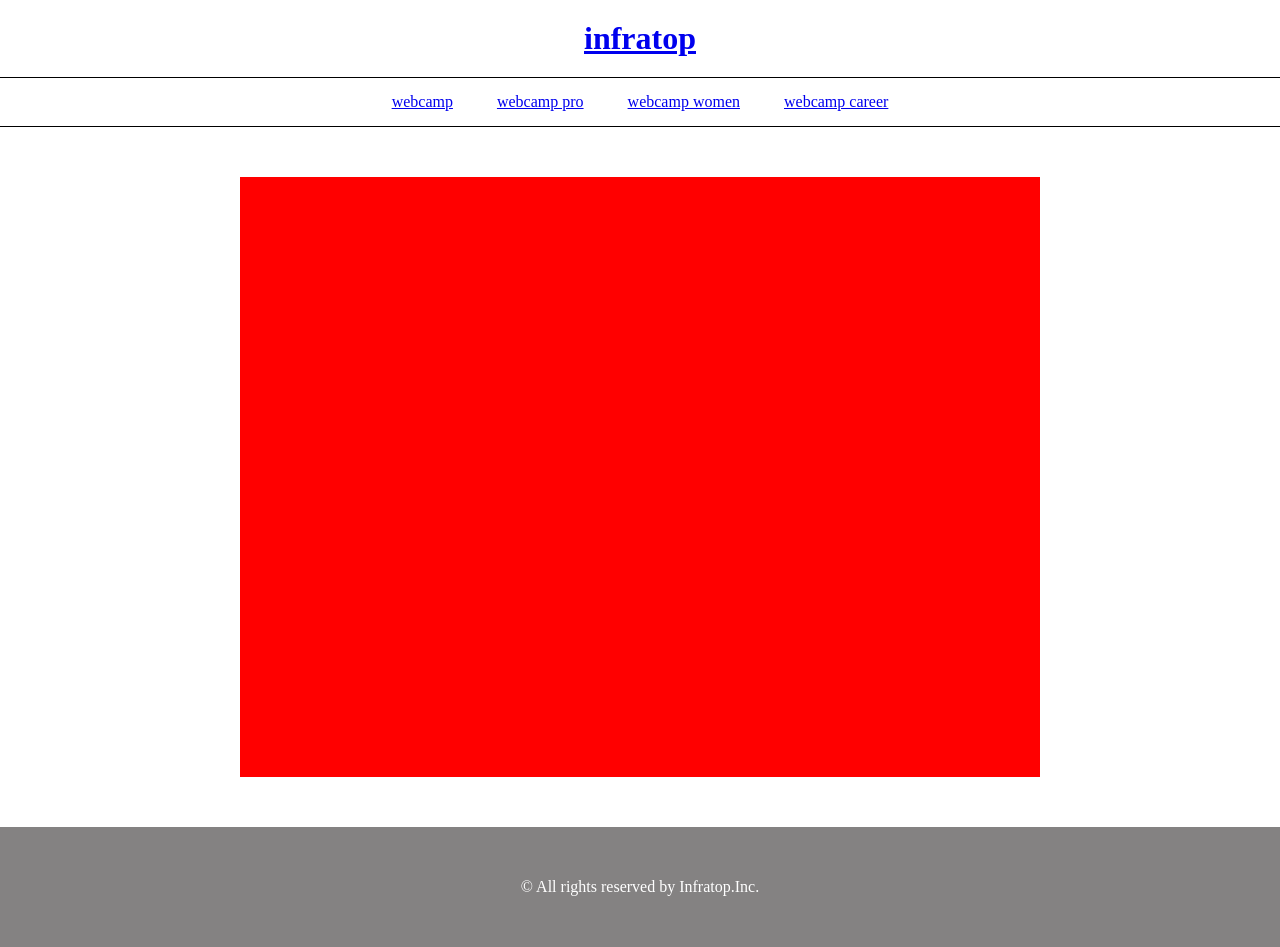
Repository: CarAll02/git-practice
Page: chapter5_exercise/index.html
The author's editor kept a record of every edit. The page is drawn from the files as they stood at one moment, then again after the next edit.
The browser window is 1280 px wide. The pictures show the whole page.

Above is the page before.

After the next edit:
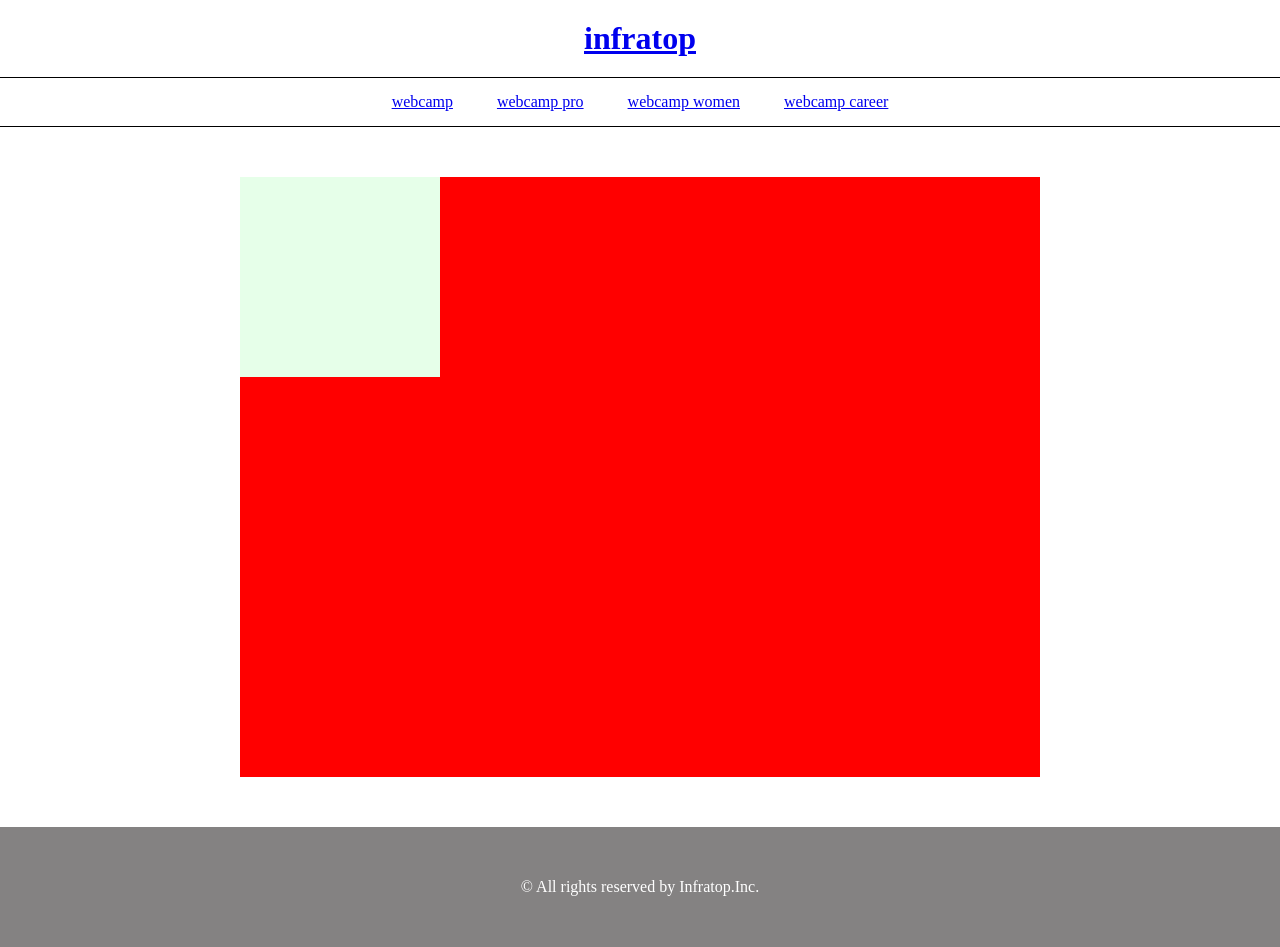
The edit:
--- a/chapter5_exercise/style.css
+++ b/chapter5_exercise/style.css
@@ -43,9 +43,10 @@
   height: 600px;
   background-color: red;
 }
+
 .green1{
-  width:200;
-  height: 200;
+  width:200px;
+  height: 200px;
   background-color: #e6ffe9;
 }
 
